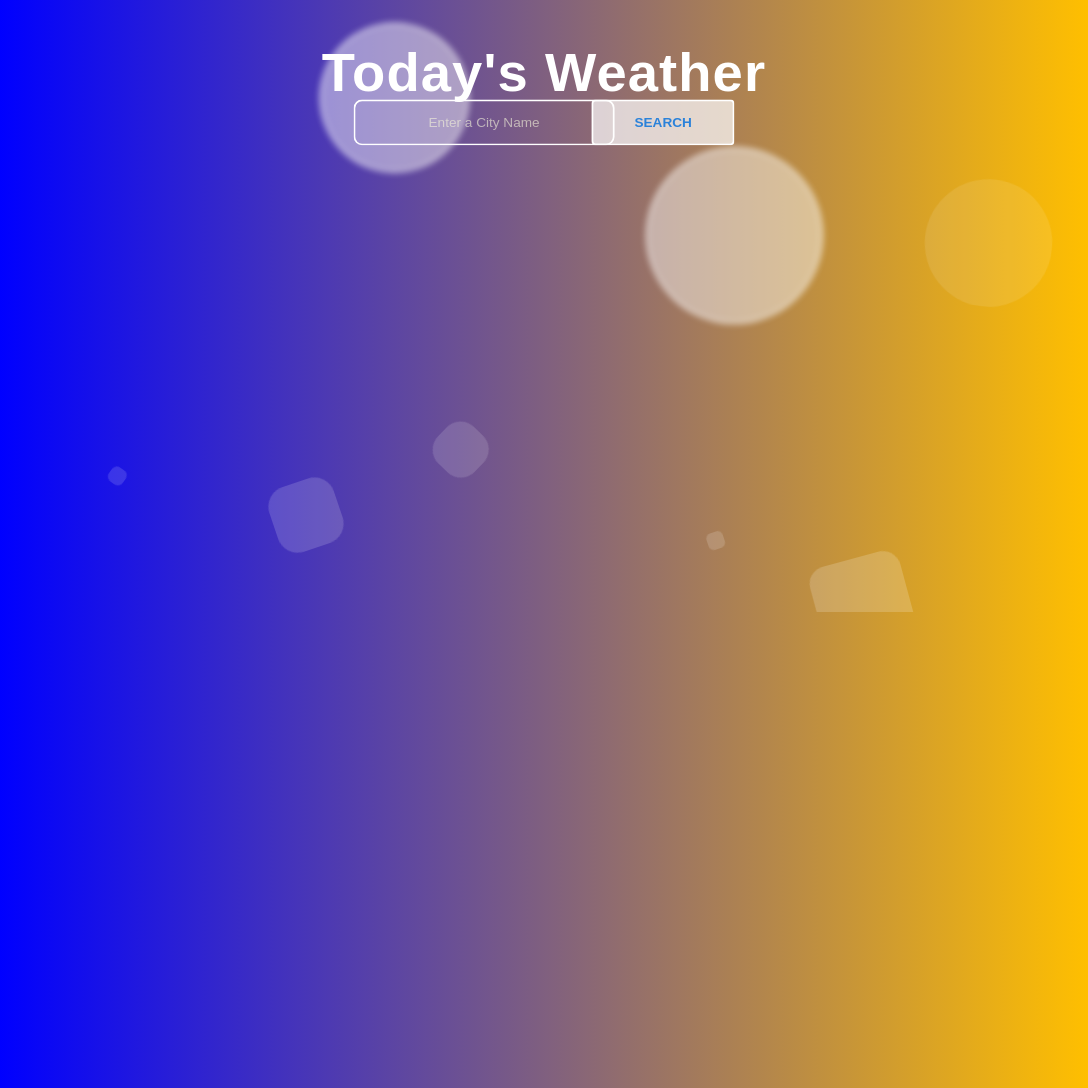
Repository: KayceeNguyen/bubleweather-app
Page: /
These files come from the project's save history. The page is drawn as it stood at one moment and after the next save; the edit follows.
The browser window is 1280 px wide. The pictures show the whole page, at 85% of full size.
The project was rebuilt for these pictures with package versions that can differ from the ones it lists, and the page was loaded fresh each time. The framework's server and built-in components were replaced by stand-ins that run in the browser. Also part of the build but not shown: next.config.js.

Above is the page before, as saved 2023-01-20 02:04:39.

### pages/index.js
import Head from 'next/head'
import Image from 'next/image'
import { Inter } from '@next/font/google'
import styles from '@/styles/Home.module.css'
import { useEffect, useState } from 'react'
import axios from 'axios'
// import { setMaxListeners } from 'events'


const inter = Inter({ subsets: ['latin'] })

export default function Home() {

  const [location, setLocation] = useState('');
  const [data, setData] = useState({});
  const [weather, setWeather] = useState('');
  const [wind, setWind] = useState('');
  const [errorMessage, setErrorMessage] = useState('');
  const [icon, setIcon] = useState('');
  const [country, setCountry] = useState('');

  var apiKey = "a26e0a15f49a8c5e5634e795262ea5cd"
  var lang = "en";
  var units = "metric";
  const url = `https://api.openweathermap.org/data/2.5/weather?q=${location}&units=${units}&appid=${apiKey}&lang=${lang}`

  // const iconApi = await fetch('http://openweathermap.org/img/w/' + iconName + '.png')
  //           this.setState({
  //               icon : iconApi.url
  //           })

  // const imageUrl = `https://api.openweathermap.org/img/weather?q=${data.weather.icon}`

  console.log(url);

  const searchLocation = (event) => {
    if(event.key === "Enter") {
      axios.get(url)
      .then((response) => {

        console.clear();
        setData(response.data)
        console.log(response.data);
        setWeather(response.data.weather);
        // setMaxListeners(response.data.main)
        setWind(response.data.wind);
        setIcon(response.data.icon);
        setCountry(response.data.country)
        setErrorMessage("")

      }).catch(err => {

        console.log(err);
        setErrorMessage("Please enter another location");
        setData({});
        setWeather();
        setIcon();
        setWind();
        setCountry();

      })

      setLocation('')
    }


  }

  return (
    <>
      <Head>
        <title>Bubble Weather App</title>
        <meta name="description" content="Generated by create next app" />
        <meta name="viewport" content="width=device-width, initial-scale=1" />
        <link rel="icon" href="/cloudy.ico" />
      </Head>
      <main className={styles.main}>

          <div className={styles.area} >
            <ul className={styles.circles}>
                    <li></li>
                    <li></li>
                    <li></li>
                    <li></li>
                    <li></li>
                    <li></li>
                    <li></li>
                    <li></li>
                    <li></li>
                    <li></li>
            </ul>
          </div >

        <h1 className={styles.header}>Today's Weather</h1>

        <div className={styles.wrapper}>
                <div className={styles.shape1}></div>
                <div className={styles.shape2}></div>

          <div className={styles.searchContainer}>
            <input id={styles.input}

              value={location}
              onChange={event => setLocation(event.target.value)}
              placeholder ="Enter a City Name"
              onKeyDown={searchLocation}
              type="text"

            />

          <button className={styles.searchBtn}
            type="submit"
            onClick={setWeather}

          >SEARCH</button>


          </div>





      </div>

        {
          weather && data.weather?.map((w, index) => {
            return (

                <div className={styles.container} key={index}>

                  <h2 className={styles.name}>{data.name}, {data.sys.country}</h2>

                  {/* <div className={styles.iconId}>{w.icon}</div> */}

                  <img className={styles.icon}
                    src={` http://openweathermap.org/img/wn/${w.icon}@2x.png`}
                  />

                  <br/>
                  <br/>
                  <br/>

                  <div className={styles.temp}>{data.main.temp}&#176;C</div>
                  <div className={styles.feelLike}>Feel Like: {data.main.feels_like}&#176;C</div>
                  <br/>



                  <div className={styles.desc}>
                    <div>{w.description} | {w.main}</div>
                    {/* <div>{w.imgUrl}</div> */}
                  </div>

                  <br/>
                  <br/>

                  <div className={styles.tempContainer}>

                    <div className={styles.low}>
                        <h4 className={styles.tittle}>Lowest Temp</h4>
                        <h4 className={styles.tempMin}>{data.main.temp_min}&#176;C</h4>
                    </div>

                    <div className={styles.high}>
                        <h4 className={styles.tittle}>Highest Temp</h4>
                        <div className={styles.tempMax}>{data.main.temp_max}&#176;C</div>
                    </div>

                  </div>

                  <br/>
                  <br/>


                      <div className={styles.wind}>
                        <h4 className={styles.tittle}>Wind gust</h4>
                        <div className={styles.windNum}>{data.wind.gust} m/s</div>
                      </div>


                </div>


            )
          })
        }





      </main>
    </>
  )
}

### styles/Home.module.css
.main {
  display: flex;
  flex-direction: column;
  justify-content: space-between;
  align-items: center;
  padding: 6rem;
  min-height: 100vh;
  font-family: Arial, Helvetica, sans-serif;
  color: white;
}

.description {
  display: inherit;
  justify-content: inherit;
  align-items: inherit;
  font-size: 0.85rem;
  max-width: var(--max-width);
  width: 100%;
  z-index: 2;
  font-family: var(--font-mono);
}

.description a {
  display: flex;
  justify-content: center;
  align-items: center;
  gap: 0.5rem;
}

.description p {
  position: relative;
  margin: 0;
  padding: 1rem;
  background-color: rgba(var(--callout-rgb), 0.5);
  border: 1px solid rgba(var(--callout-border-rgb), 0.3);
  border-radius: var(--border-radius);
}

.code {
  font-weight: 700;
  font-family: var(--font-mono);
}

.grid {
  display: grid;
  grid-template-columns: repeat(4, minmax(25%, auto));
  width: var(--max-width);
  max-width: 100%;
}

.card {
  padding: 1rem 1.2rem;
  border-radius: var(--border-radius);
  background: rgba(var(--card-rgb), 0);
  border: 1px solid rgba(var(--card-border-rgb), 0);
  transition: background 200ms, border 200ms;
}

.card span {
  display: inline-block;
  transition: transform 200ms;
}

.card h2 {
  font-weight: 600;
  margin-bottom: 0.7rem;
}

.card p {
  margin: 0;
  opacity: 0.6;
  font-size: 0.9rem;
  line-height: 1.5;
  max-width: 30ch;
}

.center {
  display: flex;
  justify-content: center;
  align-items: center;
  position: relative;
  padding: 4rem 0;
}

.center::before {
  background: var(--secondary-glow);
  border-radius: 50%;
  width: 480px;
  height: 360px;
  margin-left: -400px;
}

.center::after {
  background: var(--primary-glow);
  width: 240px;
  height: 180px;
  z-index: -1;
}

.center::before,
.center::after {
  content: '';
  left: 50%;
  position: absolute;
  filter: blur(45px);
  transform: translateZ(0);
}

.logo,
.thirteen {
  position: relative;
}

.thirteen {
  display: flex;
  justify-content: center;
  align-items: center;
  width: 75px;
  height: 75px;
  padding: 25px 10px;
  margin-left: 16px;
  transform: translateZ(0);
  border-radius: var(--border-radius);
  overflow: hidden;
  box-shadow: 0px 2px 8px -1px #0000001a;
}

.thirteen::before,
.thirteen::after {
  content: '';
  position: absolute;
  z-index: -1;
}

/* Conic Gradient Animation */
.thirteen::before {
  animation: 6s rotate linear infinite;
  width: 200%;
  height: 200%;
  background: var(--tile-border);
}

/* Inner Square */
.thirteen::after {
  inset: 0;
  padding: 1px;
  border-radius: var(--border-radius);
  background: linear-gradient(
    to bottom right,
    rgba(var(--tile-start-rgb), 1),
    rgba(var(--tile-end-rgb), 1)
  );
  background-clip: content-box;
}

/* Enable hover only on non-touch devices */
@media (hover: hover) and (pointer: fine) {
  .card:hover {
    background: rgba(var(--card-rgb), 0.1);
    border: 1px solid rgba(var(--card-border-rgb), 0.15);
  }

  .card:hover span {
    transform: translateX(4px);
  }
}

@media (prefers-reduced-motion) {
  .thirteen::before {
    animation: none;
  }

  .card:hover span {
    transform: none;
  }
}

/* Mobile */
@media (max-width: 700px) {
  .content {
    padding: 4rem;
  }

  .grid {
    grid-template-columns: 1fr;
    margin-bottom: 120px;
    max-width: 320px;
    text-align: center;
  }

  .card {
    padding: 1rem 2.5rem;
  }

  .card h2 {
    margin-bottom: 0.5rem;
  }

  .center {
    padding: 8rem 0 6rem;
  }

  .center::before {
    transform: none;
    height: 300px;
  }

  .description {
    font-size: 0.8rem;
  }

  .description a {
    padding: 1rem;
  }

  .description p,
  .description div {
    display: flex;
    justify-content: center;
    position: fixed;
    width: 100%;
  }

  .description p {
    align-items: center;
    inset: 0 0 auto;
    padding: 2rem 1rem 1.4rem;
    border-radius: 0;
    border: none;
    border-bottom: 1px solid rgba(var(--callout-border-rgb), 0.25);
    background: linear-gradient(
      to bottom,
      rgba(var(--background-start-rgb), 1),
      rgba(var(--callout-rgb), 0.5)
    );
    background-clip: padding-box;
    backdrop-filter: blur(24px);
  }

  .description div {
    align-items: flex-end;
    pointer-events: none;
    inset: auto 0 0;
    padding: 2rem;
    height: 200px;
    background: linear-gradient(
      to bottom,
      transparent 0%,
      rgb(var(--background-end-rgb)) 40%
    );
    z-index: 1;
  }
}

/* Tablet and Smaller Desktop */
@media (min-width: 701px) and (max-width: 1120px) {
  .grid {
    grid-template-columns: repeat(2, 50%);
  }
}

@media (prefers-color-scheme: dark) {
  .vercelLogo {
    filter: invert(1);
  }

  .logo,
  .thirteen img {
    filter: invert(1) drop-shadow(0 0 0.3rem #ffffff70);
  }
}

@keyframes rotate {
  from {
    transform: rotate(360deg);
  }
  to {
    transform: rotate(0deg);
  }
}

/****************GRADIENT BACKGROUND****************/

.main {
  height: 100vw;
  background: linear-gradient(to right, #ffbf00, #00f); /* Set the initial gradient */
  background-size: 200% 100%; /* Increase the size of the gradient */
  animation: gradient 15s ease infinite; /* Animate the gradient */
}

@keyframes gradient {
  0% {
    background-position: 0% 50%; /* Set the starting position of the gradient */
  }
  50% {
    background-position: 100% 50%; /* Shift the gradient to the right */
  }
  100% {
    background-position: 0% 50%; /* Shift the gradient back to the left */
  }
}

/* Change the colors of the gradient as the cursor moves */
.main:hover {
  background: linear-gradient(to right, #00f, #ffbf00);
}

.header {
  font-weight: bold;
  font-size: 4rem;
  letter-spacing: 0.02em;
  padding: 0 0 30px 0;
  position: absolute;
  top: 3rem;
}

.wrapper {
  font-size: 16px;
  width: 100vw;
  max-width: 28em;
  position: absolute;
  transform: translate(-50%, -50%);
  top: 20%;
  left: 50%;
}

.shape, .shape1, .shape2 {
  position: absolute;
  background-color: hsl(0, 0%, 100%, 45%);
  filter: blur(4px);
  border: 2px solid hsl(0, 0%, 100%, 80%);
  border-radius: 50%;
}


.shape1 {
  height: 13em;
  width: 13em;
  right: -6.5em;
  top: 1.8em;
}

.shape2 {
  height: 11em;
  width: 11em;
  bottom: -3.7em;
  left: -2.5em;
}

.searchContainer {
  display: flex;
  align-items: center;
}

#input {
  font-size: 1em;
  font-family: Arial, Helvetica, sans-serif;
  margin: auto;
  position: absolute;
  display: inline-block;
  text-align: center;
  align-items: center;
  padding-left: 3em;
  padding-right: 3em;
  padding-top: 1em;
  padding-bottom: 1em;

  background-color: transparent;
  border: 2px solid white;
  color: white;
  font-weight: 300;
  border-radius: 10px;
}

#input::placeholder {
  color: hsl(60, 56%, 91%, 0.6);
}

.searchBtn {
  outline: none;
  font-family: Arial, Helvetica, sans-serif;
  right: 0px;
  position: absolute;
  display: flex;
  text-align: center;
  align-items: center;
  justify-content: center;
  display: inline-block;
  font-size: 1em;
  border: 2px solid white;;

  padding-left: 3em;
  padding-right: 3em;
  padding-top: 1em;
  padding-bottom: 1em;

  color: hsl(210, 70%, 51%);
  background-color: hsl(0, 0%, 100%, 70%);
  border-radius: 0.3em;
  font-weight: 800;
}

/*** Search BTN animation ***/

.searchBtn:hover,
.searchBtn:focus {
  box-shadow: inset 0 0 0 2em var(--hover);
}

.name {
  text-align: center;
  position: relative;
}

.container {
  position: relative;
  top: 0;


  display: flex;
  flex-direction: column;
  justify-content: space-between;
  align-items: center;
  padding: 6rem;
  margin: 10rem;

  width: 100%;
  border-radius: 1em;
  text-align: center;

  background: hsl(0, 0%, 100%, 20%);
  backdrop-filter: blur(10px);
  padding: 3em 1.8em;
  border: 4px solid rgba(255, 255, 255, 0.7);
}

/*** Container animation ***/

.container:hover,
.container:focus {
  box-shadow: 0 0.5em 0.5em -0.4em var(--hover);
  transform: translateY(-0.25em);
}

.desc {
  text-align: center;
  position: absolute;
  top: 12rem;
}

.temp {
  font-size: 5em;
  padding-bottom: 2rem;
}

.tempContainer {
  display: flex;
  justify-content: center;
}

.tempContainer div {
  padding: 0.3em 1em;
}

.tempContainer div:first-child {
  border-right: 1px solid white;
}

.tempContainer .tittle {
  font-weight: 600;
  color: var(--white);
}

.tempContainer .temp {
  font-weight: 300;
  padding: 3em;
  color: var(--off-white);
}

.tempMin, .tempMax {
  font-weight: 100;
  padding: 5px;
  position: relative;
  display: inline-block;
  left: 0;

}

@media screen and (max-width: 450px) {
  .wrapper {
    font-size: 14px;
  }
}

/* .icon {
  padding-top: 2rem;
} */

.tittle {
  padding: 10px;
}

.area{
  background: -webkit-linear-gradient(to left, #C8102E, #446eac);
  width: 100vw;
  height:100%;
}

.circles{
  position: absolute;
  top: 0;
  left: 0;
  width: 100%;
  height: 100%;
  overflow: hidden;
}

.circles li{
  position: absolute;
  display: block;
  list-style: none;
  width: 20px;
  height: 20px;
  background: rgba(255, 255, 255, 0.2);
  animation: animate 25s linear infinite;
  bottom: -150px;
}

.circles li:nth-child(1){
  left: 25%;
  width: 80px;
  height: 80px;
  animation-delay: 0s;
}


.circles li:nth-child(2){
  left: 10%;
  width: 20px;
  height: 20px;
  animation-delay: 2s;
  animation-duration: 12s;
}

.circles li:nth-child(3){
  left: 70%;
  width: 20px;
  height: 20px;
  animation-delay: 4s;
}

.circles li:nth-child(4){
  left: 40%;
  width: 60px;
  height: 60px;
  animation-delay: 0s;
  animation-duration: 18s;
}

.circles li:nth-child(5){
  left: 65%;
  width: 20px;
  height: 20px;
  animation-delay: 0s;
}

.circles li:nth-child(6){
  left: 75%;
  width: 110px;
  height: 110px;
  animation-delay: 3s;
}

.circles li:nth-child(7){
  left: 35%;
  width: 150px;
  height: 150px;
  animation-delay: 7s;
}

.circles li:nth-child(8){
  left: 50%;
  width: 25px;
  height: 25px;
  animation-delay: 15s;
  animation-duration: 45s;
}

.circles li:nth-child(9){
  left: 20%;
  width: 15px;
  height: 15px;
  animation-delay: 2s;
  animation-duration: 35s;
}

.circles li:nth-child(10){
  left: 85%;
  width: 150px;
  height: 150px;
  animation-delay: 0s;
  animation-duration: 11s;
}



@keyframes animate {

  0%{
      transform: translateY(0) rotate(0deg);
      opacity: 1;
      border-radius: 10%;
  }

  100%{
      transform: translateY(-1000px) rotate(720deg);
      opacity: 0;
      border-radius: 100%;
  }

}

Loaded but not shown: pages/_app.js (common file); pages/_document.js (common file); styles/globals.css (common file)

After the next save:
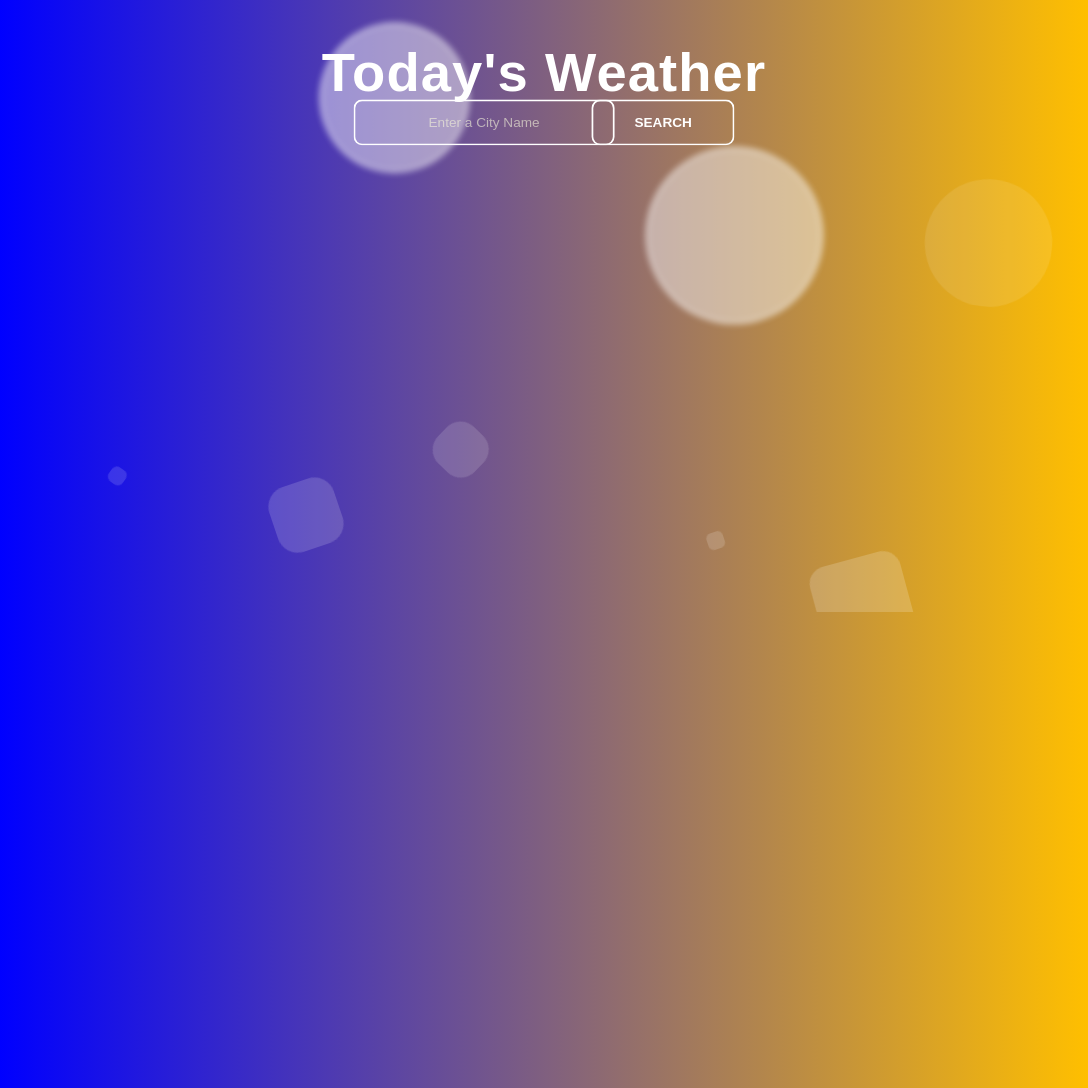
Saved 30 s later.
--- a/styles/Home.module.css
+++ b/styles/Home.module.css
@@ -394,10 +394,11 @@
   padding-top: 1em;
   padding-bottom: 1em;
 
-  color: hsl(210, 70%, 51%);
-  background-color: hsl(0, 0%, 100%, 70%);
-  border-radius: 0.3em;
+  background-color: transparent;
+  border: 2px solid white;
+  color: white;
   font-weight: 800;
+  border-radius: 10px;
 }
 
 /*** Search BTN animation ***/
